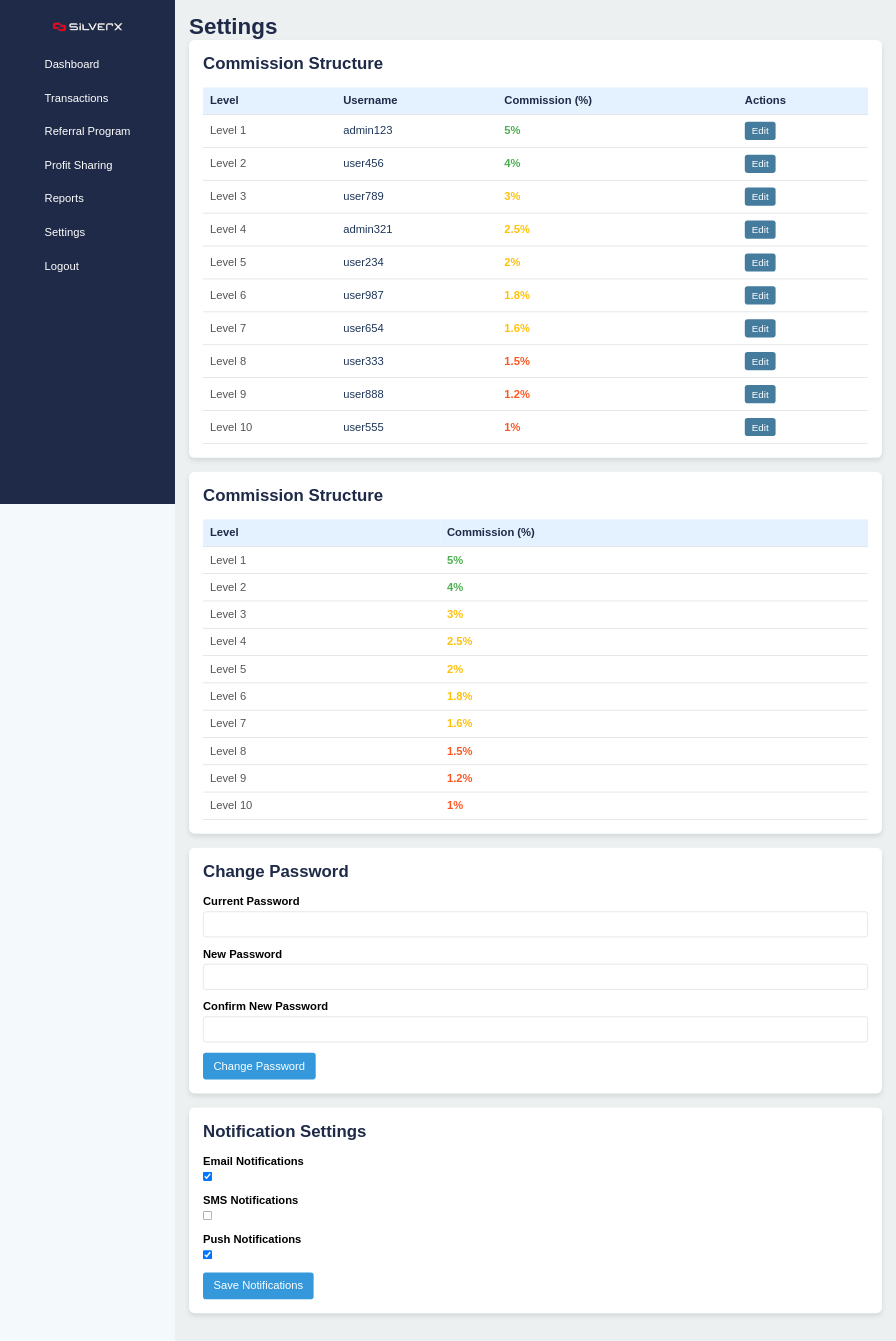
Repository: 2025silverx/slivedrX
Page: setting.html
An editor plug-in stored every save of this project. The page is shown before and after the next save, followed by the edit.
The browser window is 1280 px wide. The pictures show the whole page, at 70% of full size.

Above is the page before, as saved 2025-01-19 14:22:30.

### setting.html
<!DOCTYPE html>
<html lang="en">
<head>
    <meta charset="UTF-8">
    <meta name="viewport" content="width=device-width, initial-scale=1.0">
    <title>Admin Panel - Settings</title>
    <link rel="stylesheet" href="settings.css">
</head>
<body>
    <!-- Sidebar -->
    <div id="sidebar-container">
        <div class="sidebar">
            <img src="images/logo.png" alt="Sidebar Logo" class="sidebar-logo">
            <ul class="sidebar-links">
                <li><a href="index.html" class="sidebar-link" data-target="dashboard">Dashboard</a></li>
                <li><a href="index2.html" class="sidebar-link" data-target="transactions">Transactions</a></li>
                <li><a href="indesx3.html" class="sidebar-link" data-target="reports">Referral Program</a></li>
                <li><a href="index4.html" class="sidebar-link" data-target="users">Profit Sharing</a></li>
                <li><a href="index5.html" class="sidebar-link" data-target="reports">Reports</a></li>
                <li><a href="setting.html" class="sidebar-link" data-target="settings">Settings</a></li>
                <li><a href="index5.html" class="sidebar-link" data-target="logout">Logout</a></li>
            </ul>
        </div>
    </div>


    <!-- Main Content -->
    <div class="main-content">
        <h1>Settings</h1>

       <!-- Commission Structure Table -->
<div class="settings-section">
    <h2>Commission Structure</h2>
    <table class="commission-table">
        <thead>
            <tr>
                <th>Level</th>
                <th>Username</th>
                <th>Commission (%)</th>
                <th>Actions</th>
            </tr>
        </thead>
        <tbody>
            <tr>
                <td>Level 1</td>
                <td><span class="username">admin123</span></td>
                <td><span class="high">5%</span></td>
                <td><button class="edit-btn">Edit</button></td>
            </tr>
            <tr>
                <td>Level 2</td>
                <td><span class="username">user456</span></td>
                <td><span class="high">4%</span></td>
                <td><button class="edit-btn">Edit</button></td>
            </tr>
            <tr>
                <td>Level 3</td>
                <td><span class="username">user789</span></td>
                <td><span class="medium">3%</span></td>
                <td><button class="edit-btn">Edit</button></td>
            </tr>
            <tr>
                <td>Level 4</td>
                <td><span class="username">admin321</span></td>
                <td><span class="medium">2.5%</span></td>
                <td><button class="edit-btn">Edit</button></td>
            </tr>
            <tr>
                <td>Level 5</td>
                <td><span class="username">user234</span></td>
                <td><span class="medium">2%</span></td>
                <td><button class="edit-btn">Edit</button></td>
            </tr>
            <tr>
                <td>Level 6</td>
                <td><span class="username">user987</span></td>
                <td><span class="medium">1.8%</span></td>
                <td><button class="edit-btn">Edit</button></td>
            </tr>
            <tr>
                <td>Level 7</td>
                <td><span class="username">user654</span></td>
                <td><span class="medium">1.6%</span></td>
                <td><button class="edit-btn">Edit</button></td>
            </tr>
            <tr>
                <td>Level 8</td>
                <td><span class="username">user333</span></td>
                <td><span class="low">1.5%</span></td>
                <td><button class="edit-btn">Edit</button></td>
            </tr>
            <tr>
                <td>Level 9</td>
                <td><span class="username">user888</span></td>
                <td><span class="low">1.2%</span></td>
                <td><button class="edit-btn">Edit</button></td>
            </tr>
            <tr>
                <td>Level 10</td>
                <td><span class="username">user555</span></td>
                <td><span class="low">1%</span></td>
                <td><button class="edit-btn">Edit</button></td>
            </tr>
        </tbody>
    </table>
</div>

        <!-- Commission Structure Table -->
<div class="settings-section">
    <h2>Commission Structure</h2>
    <table class="commission-table">
        <thead>
            <tr>
                <th>Level</th>
                <th>Commission (%)</th>
            </tr>
        </thead>
        <tbody>
            <tr>
                <td>Level 1</td>
                <td><span class="high">5%</span></td>
            </tr>
            <tr>
                <td>Level 2</td>
                <td><span class="high">4%</span></td>
            </tr>
            <tr>
                <td>Level 3</td>
                <td><span class="medium">3%</span></td>
            </tr>
            <tr>
                <td>Level 4</td>
                <td><span class="medium">2.5%</span></td>
            </tr>
            <tr>
                <td>Level 5</td>
                <td><span class="medium">2%</span></td>
            </tr>
            <tr>
                <td>Level 6</td>
                <td><span class="medium">1.8%</span></td>
            </tr>
            <tr>
                <td>Level 7</td>
                <td><span class="medium">1.6%</span></td>
            </tr>
            <tr>
                <td>Level 8</td>
                <td><span class="low">1.5%</span></td>
            </tr>
            <tr>
                <td>Level 9</td>
                <td><span class="low">1.2%</span></td>
            </tr>
            <tr>
                <td>Level 10</td>
                <td><span class="low">1%</span></td>
            </tr>
        </tbody>
    </table>
</div>


        <!-- Change Password Section -->
        <div class="settings-section">
            <h2>Change Password</h2>
            <form class="settings-form">
                <div class="form-group">
                    <label for="current-password">Current Password</label>
                    <input type="password" id="current-password" name="current-password" required>
                </div>
                <div class="form-group">
                    <label for="new-password">New Password</label>
                    <input type="password" id="new-password" name="new-password" required>
                </div>
                <div class="form-group">
                    <label for="confirm-password">Confirm New Password</label>
                    <input type="password" id="confirm-password" name="confirm-password" required>
                </div>
                <button type="submit" class="btn">Change Password</button>
            </form>
        </div>

        <!-- Notification Settings Section -->
        <div class="settings-section">
            <h2>Notification Settings</h2>
            <form class="settings-form">
                <div class="form-group">
                    <label for="email-notifications">Email Notifications</label>
                    <input type="checkbox" id="email-notifications" name="email-notifications" checked>
                </div>
                <div class="form-group">
                    <label for="sms-notifications">SMS Notifications</label>
                    <input type="checkbox" id="sms-notifications" name="sms-notifications">
                </div>
                <div class="form-group">
                    <label for="push-notifications">Push Notifications</label>
                    <input type="checkbox" id="push-notifications" name="push-notifications" checked>
                </div>
                <button type="submit" class="btn">Save Notifications</button>
            </form>
        </div>
    </div>

    <script src="settings.js"></script>
</body>
</html>

### settings.css
/* Reset some default styles */
* {
    margin: 0;
    padding: 0;
    box-sizing: border-box;
}

/* General Styles */
body {
    font-family: Arial, sans-serif;
    background-color: #f4f9fc; /* Light blue background */
    margin: 0;
    padding: 0;
    display: flex;
}

h1, h2 {
    color: #1E2A47; /* Dark blue for headers */
}

/* Sidebar Styles */
#sidebar-container {
    position: fixed;
    width: 250px;
    height: 100%;
    background-color: #1E2A47; /* Bluish background */
    color: white;
    padding-top: 20px;
}

.sidebar {
    display: flex;
    flex-direction: column;
    align-items: center;
}

.sidebar-logo {
    width: 100px;
    margin-bottom: 20px;
}

.sidebar-links {
    list-style: none;
    padding: 0;
}

.sidebar-link {
    text-decoration: none;
    color: white;
    padding: 10px 20px;
    display: block;
    width: 100%;
    margin-bottom: 10px;
    border-radius: 4px;
    transition: background-color 0.3s;
}

.sidebar-link:hover {
    background-color: #3C4A78; /* Lighter bluish hover effect */
}

/* Main Content Styles */
.main-content {
    margin-left: 250px; /* Sidebar width */
    padding: 20px;
    flex: 1;
    background-color: #ecf0f1;
    min-height: 100vh;
}

/* Settings Section Styles */
.settings-section {
    background: #ffffff;
    padding: 20px;
    border-radius: 8px;
    box-shadow: 0 4px 8px rgba(0, 0, 0, 0.1);
    margin-bottom: 20px;
}

.settings-section h2 {
    margin-bottom: 20px;
}

/* Form Group Styles */
.form-group {
    margin-bottom: 15px;
}

.form-group label {
    display: block;
    margin-bottom: 5px;
    font-weight: bold;
}

.form-group input {
    width: 100%;
    padding: 10px;
    border: 1px solid #ddd;
    border-radius: 4px;
}

.form-group input[type="checkbox"] {
    width: auto;
}

.form-group input:focus {
    border-color: #3498db;
    outline: none;
}

/* Button Styles */
.btn {
    padding: 10px 15px;
    background: #3498db;
    color: white;
    border: none;
    border-radius: 4px;
    cursor: pointer;
    font-size: 16px;
}

.btn:hover {
    background: #2980b9;
}

/* Commission Table Styles */
.commission-table {
    width: 100%;
    border-collapse: collapse;
    margin-top: 20px;
}

.commission-table th,
.commission-table td {
    padding: 10px;
    text-align: left;
    border-bottom: 1px solid #ddd;
}

.commission-table th {
    background-color: #E4F1FE; /* Light blue background for header */
    color: #1E2A47; /* Dark blue for text */
}

.commission-table td {
    background-color: #fff;
    color: #555;
}

.commission-table tr:hover {
    background-color: #f1f9fc; /* Light hover effect */
}

/* Percentage Label Colors */
.commission-table td span {
    font-weight: bold;
}

.commission-table td span.low {
    color: #FF5722; /* Red for lower percentages */
}

.commission-table td span.medium {
    color: #FFC107; /* Amber for medium percentages */
}

.commission-table td span.high {
    color: #4CAF50; /* Green for higher percentages */
}

/* Status Button Styles */
.status-btn {
    padding: 6px 12px;
    border-radius: 20px;
    color: white;
    font-size: 14px;
    cursor: pointer;
    border: none;
}

.status-btn.active {
    background-color: #4c80a3; /* Bluish active status */
}

.status-btn.inactive {
    background-color: #a0c4d7; /* Light bluish for inactive */
}

/* Action Button Styles */
.action-btn {
    padding: 8px 15px;
    border: none;
    cursor: pointer;
    margin: 5px;
    border-radius: 5px;
    font-size: 14px;
}

.action-btn.view {
    background-color: #457b9d; /* Bluish for view button */
    color: white;
}

.action-btn.edit {
    background-color: #5fa6d3; /* Lighter bluish for edit button */
    color: white;
}

.action-btn.delete {
    background-color: #dc3545;
    color: white;
}

.action-btn.show-password {
    background-color: #17a2b8;
    color: white;
}

/* Commission Table Username Styles */
.commission-table td .username {
    font-weight: normal;
    color: #1d3557; /* Dark blue for username */
}

/* Edit Button Styles */
.edit-btn {
    background-color: #457b9d; /* Bluish edit button */
    color: white;
    border: none;
    padding: 5px 10px;
    border-radius: 4px;
    cursor: pointer;
    font-size: 14px;
    transition: background-color 0.3s;
}

.edit-btn:hover {
    background-color: #1d3557; /* Dark bluish on hover */
}

### settings.js
// This script handles form submission and any additional interactivity (if needed).
document.querySelectorAll('.settings-form').forEach(form => {
    form.addEventListener('submit', function(event) {
        event.preventDefault();
        alert('Settings saved successfully!');
    });
});

After the next save:
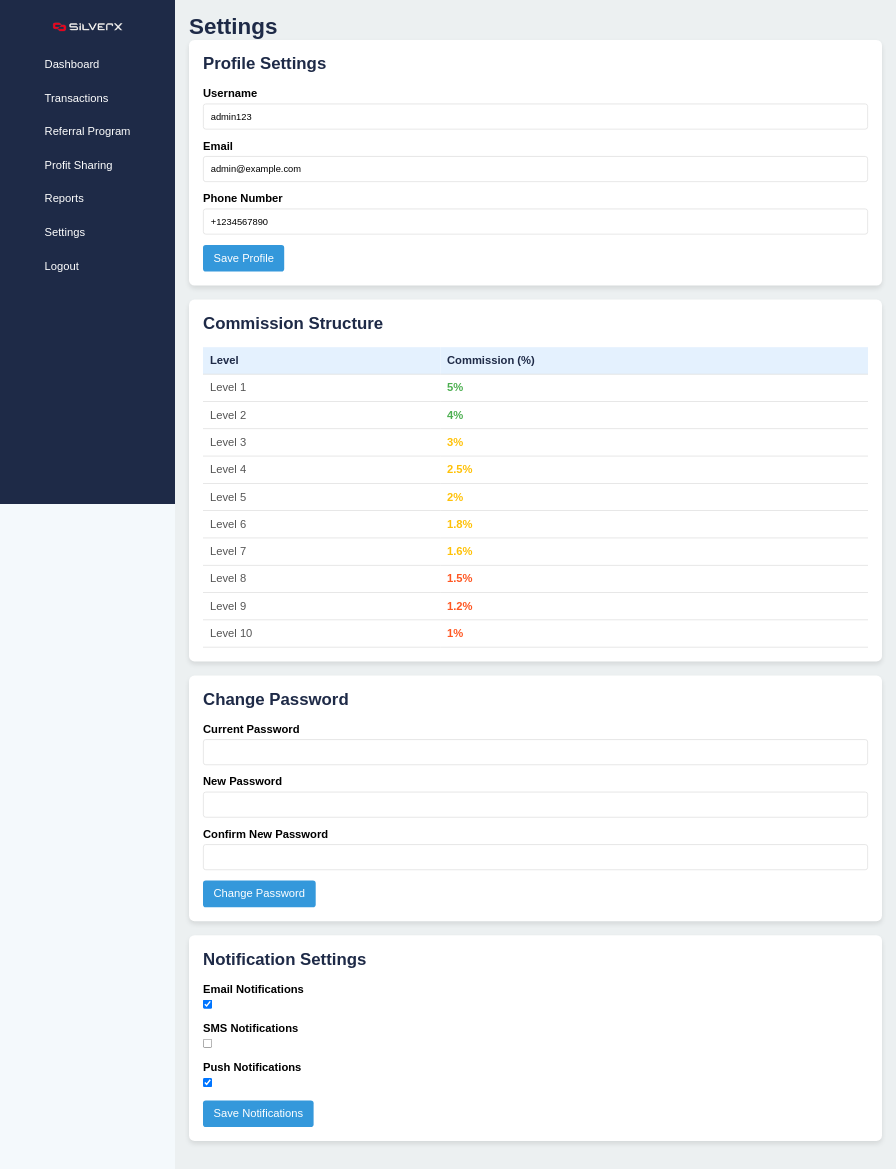
Saved 3 s later.
--- a/setting.html
+++ b/setting.html
@@ -28,82 +28,25 @@
     <div class="main-content">
         <h1>Settings</h1>
 
-       <!-- Commission Structure Table -->
-<div class="settings-section">
-    <h2>Commission Structure</h2>
-    <table class="commission-table">
-        <thead>
-            <tr>
-                <th>Level</th>
-                <th>Username</th>
-                <th>Commission (%)</th>
-                <th>Actions</th>
-            </tr>
-        </thead>
-        <tbody>
-            <tr>
-                <td>Level 1</td>
-                <td><span class="username">admin123</span></td>
-                <td><span class="high">5%</span></td>
-                <td><button class="edit-btn">Edit</button></td>
-            </tr>
-            <tr>
-                <td>Level 2</td>
-                <td><span class="username">user456</span></td>
-                <td><span class="high">4%</span></td>
-                <td><button class="edit-btn">Edit</button></td>
-            </tr>
-            <tr>
-                <td>Level 3</td>
-                <td><span class="username">user789</span></td>
-                <td><span class="medium">3%</span></td>
-                <td><button class="edit-btn">Edit</button></td>
-            </tr>
-            <tr>
-                <td>Level 4</td>
-                <td><span class="username">admin321</span></td>
-                <td><span class="medium">2.5%</span></td>
-                <td><button class="edit-btn">Edit</button></td>
-            </tr>
-            <tr>
-                <td>Level 5</td>
-                <td><span class="username">user234</span></td>
-                <td><span class="medium">2%</span></td>
-                <td><button class="edit-btn">Edit</button></td>
-            </tr>
-            <tr>
-                <td>Level 6</td>
-                <td><span class="username">user987</span></td>
-                <td><span class="medium">1.8%</span></td>
-                <td><button class="edit-btn">Edit</button></td>
-            </tr>
-            <tr>
-                <td>Level 7</td>
-                <td><span class="username">user654</span></td>
-                <td><span class="medium">1.6%</span></td>
-                <td><button class="edit-btn">Edit</button></td>
-            </tr>
-            <tr>
-                <td>Level 8</td>
-                <td><span class="username">user333</span></td>
-                <td><span class="low">1.5%</span></td>
-                <td><button class="edit-btn">Edit</button></td>
-            </tr>
-            <tr>
-                <td>Level 9</td>
-                <td><span class="username">user888</span></td>
-                <td><span class="low">1.2%</span></td>
-                <td><button class="edit-btn">Edit</button></td>
-            </tr>
-            <tr>
-                <td>Level 10</td>
-                <td><span class="username">user555</span></td>
-                <td><span class="low">1%</span></td>
-                <td><button class="edit-btn">Edit</button></td>
-            </tr>
-        </tbody>
-    </table>
-</div>
+        <!-- Profile Settings Section -->
+        <div class="settings-section">
+            <h2>Profile Settings</h2>
+            <form class="settings-form">
+                <div class="form-group">
+                    <label for="username">Username</label>
+                    <input type="text" id="username" name="username" value="admin123" required>
+                </div>
+                <div class="form-group">
+                    <label for="email">Email</label>
+                    <input type="email" id="email" name="email" value="admin@example.com" required>
+                </div>
+                <div class="form-group">
+                    <label for="phone">Phone Number</label>
+                    <input type="text" id="phone" name="phone" value="+1234567890" required>
+                </div>
+                <button type="submit" class="btn">Save Profile</button>
+            </form>
+        </div>
 
         <!-- Commission Structure Table -->
 <div class="settings-section">
